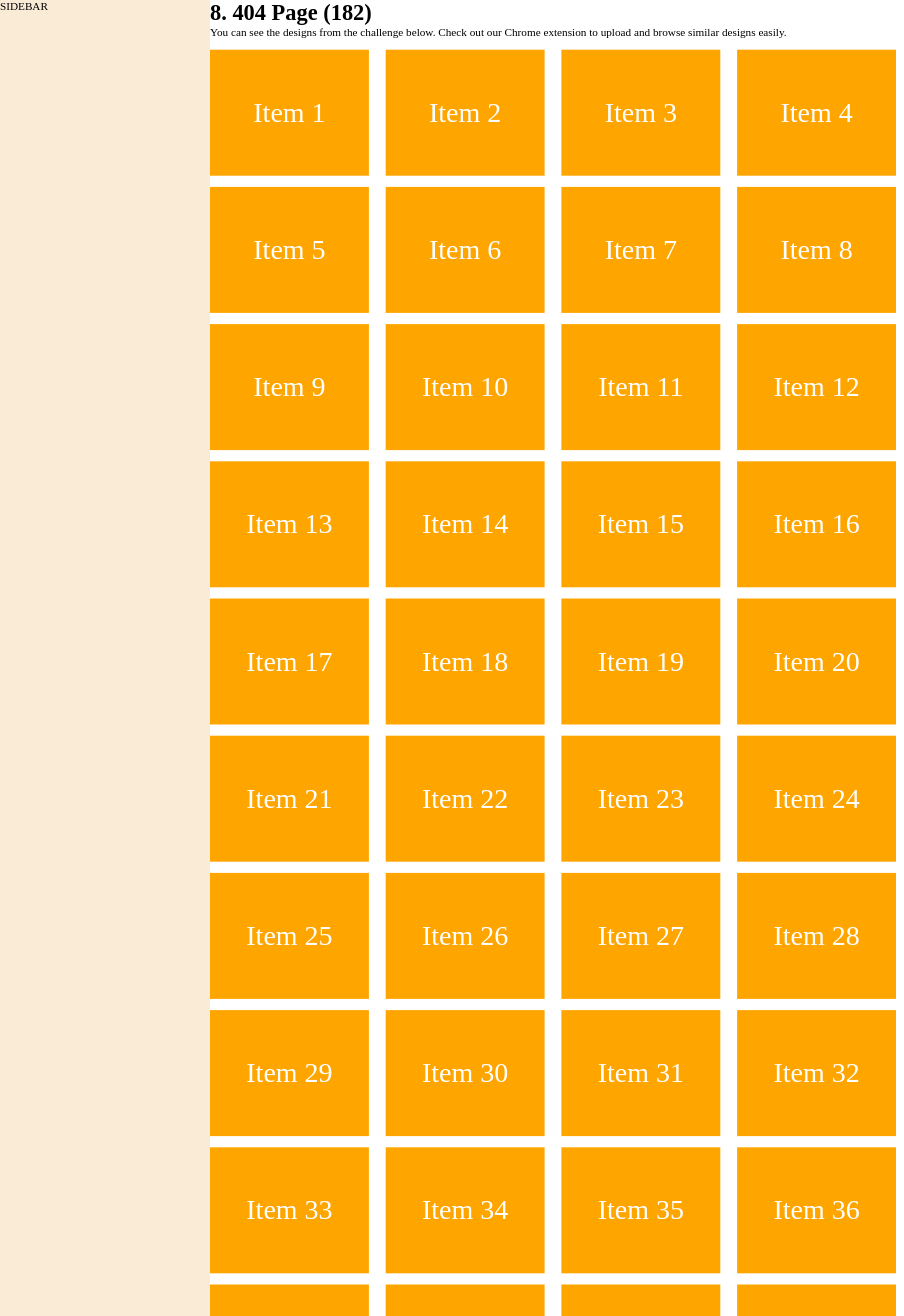
Repository: Huy48552/Grid-base
Page: layout2.html
An editor plug-in stored every save of this project. The page is shown before and after the next save, followed by the edit.
The browser window is 1280 px wide. The page is 1292 px wide, then 1280 px, so the pictures cover 1292 px, including what lies to the right of the window. The pictures show the part of the page from y = 0 to 1880 px (the page is 4955 px tall), at 70% of full size.

Above is the page before, as saved 2021-08-23 15:54:23.

After the next save:
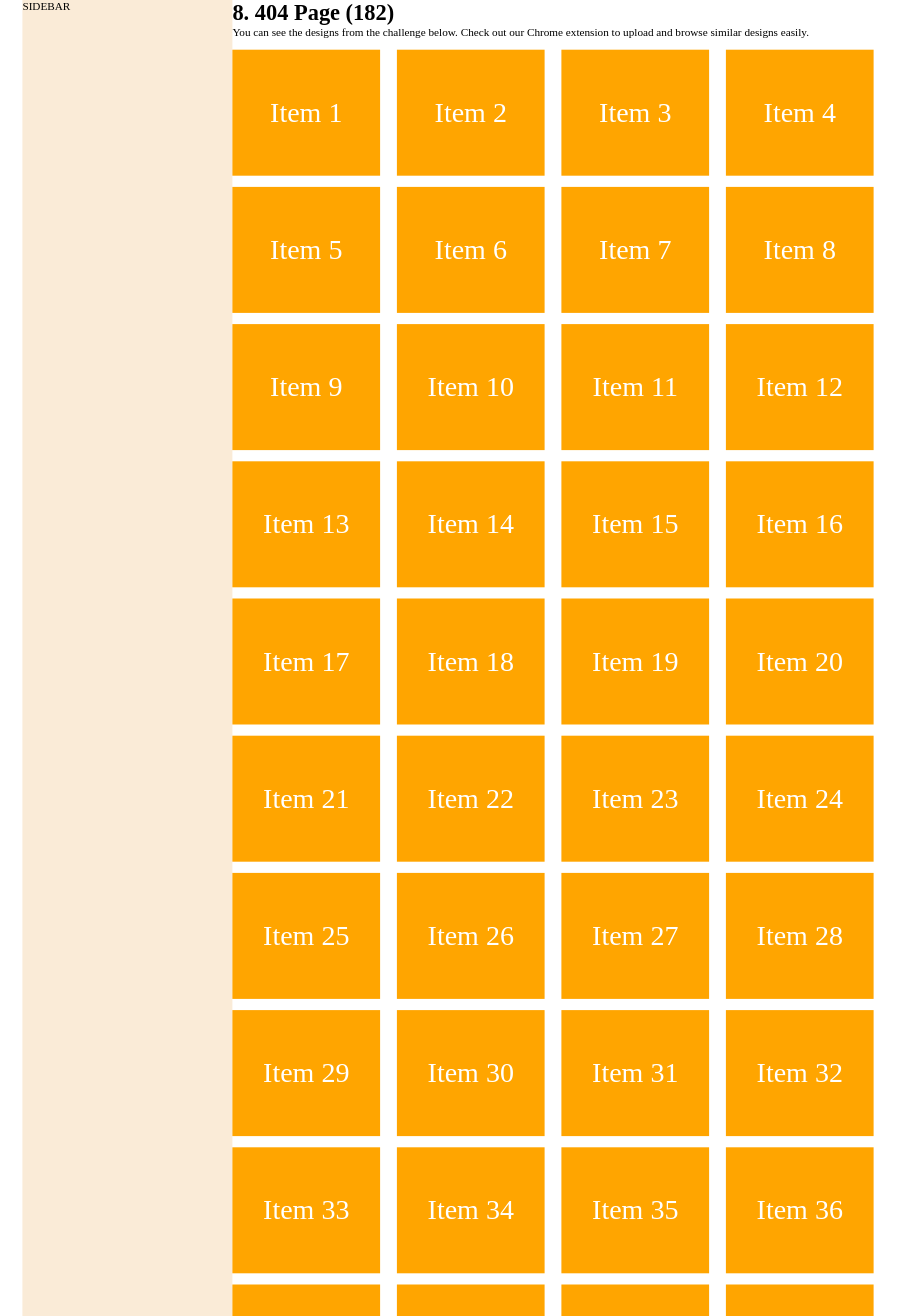
Saved 16 s later.
--- a/style.css
+++ b/style.css
@@ -16,6 +16,7 @@
 
 .main {
     display: flex;
+    padding: 0 32px;
 }
 
 .sidebar {
